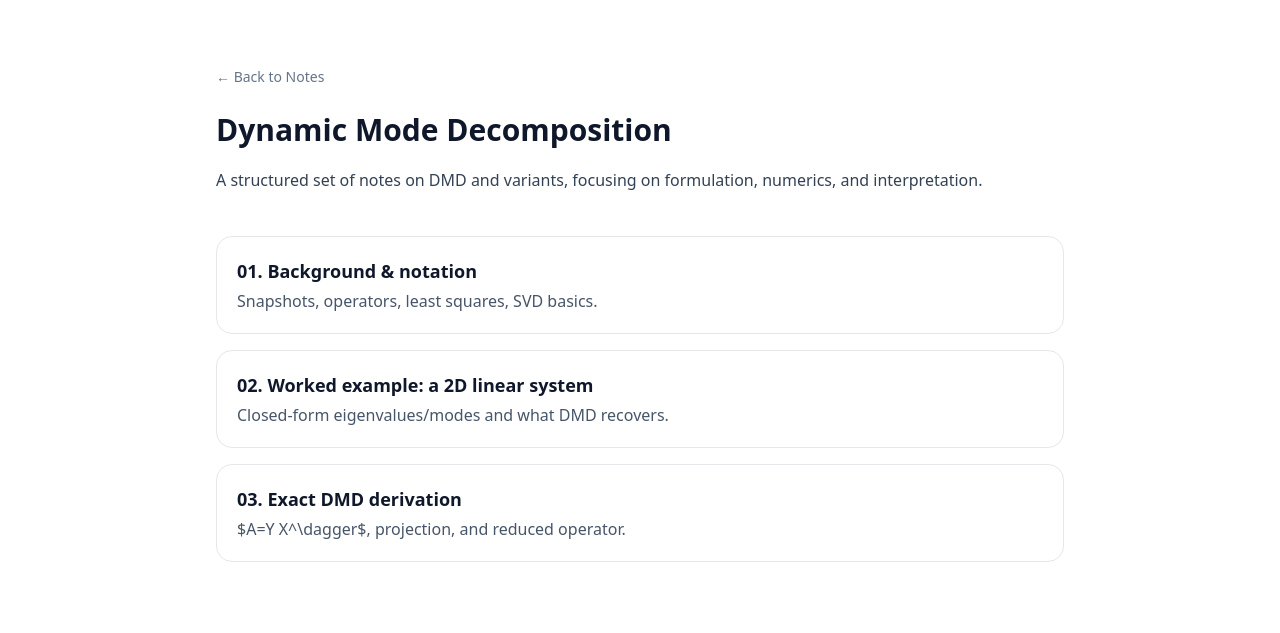
Repository: JWS625/JWS625.github.io
Page: notes/modal_analysis/index.html
The author's editor kept a copy of each file at every save. The page is drawn from the files as they stood at one save, then again after the next save.
The browser window is 1280 px wide. The pictures show the whole page.
Some web libraries are served in a nearby version.

Above is the page before, as saved 2026-02-20 17:47:51.

After the next save:
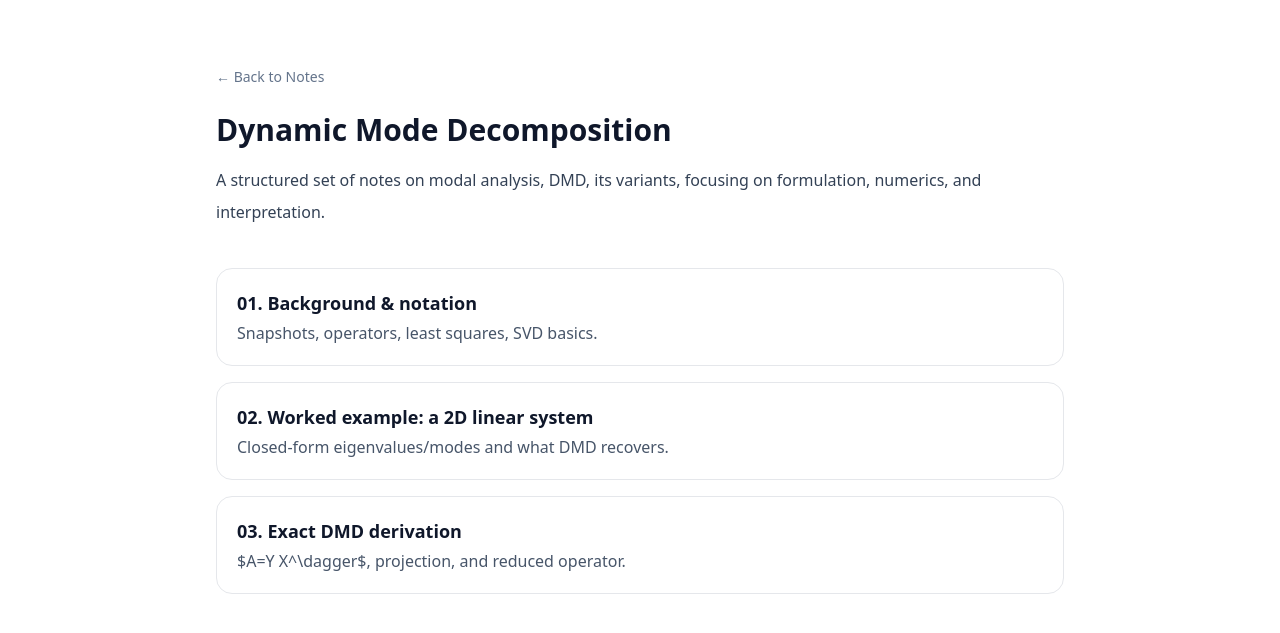
Saved 28 s later.
--- a/notes/modal_analysis/index.html
+++ b/notes/modal_analysis/index.html
@@ -13,7 +13,7 @@
 
   <h1 class="text-3xl font-semibold mt-6">Dynamic Mode Decomposition</h1>
   <p class="mt-4 text-slate-700 leading-8">
-    A structured set of notes on DMD and variants, focusing on formulation, numerics, and interpretation.
+    A structured set of notes on modal analysis, DMD, its variants, focusing on formulation, numerics, and interpretation.
   </p>
 
   <div class="mt-10 space-y-4">
